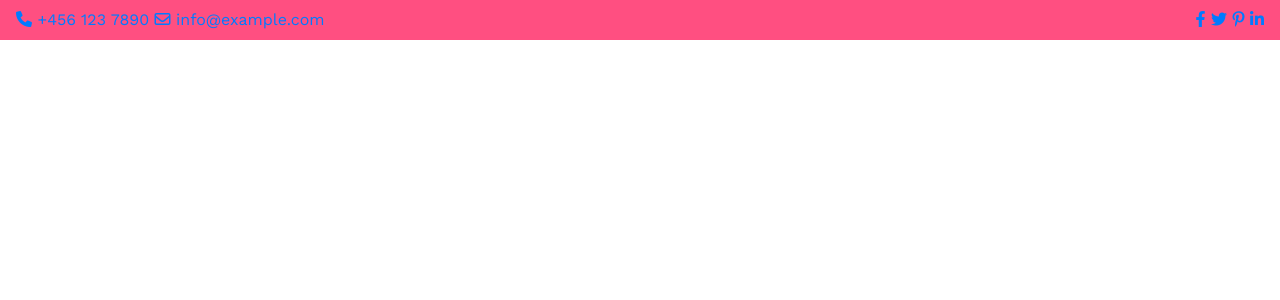
Repository: nguyenbinhminh/instruction_clone
Page: index.html
The author's editor kept a copy of each file at every save. The page is drawn from the files as they stood at one save, then again after the next save.
The browser window is 1280 px wide. The pictures show the whole page.

Above is the page before, as saved 2021-09-29 22:01:02.

After the next save:
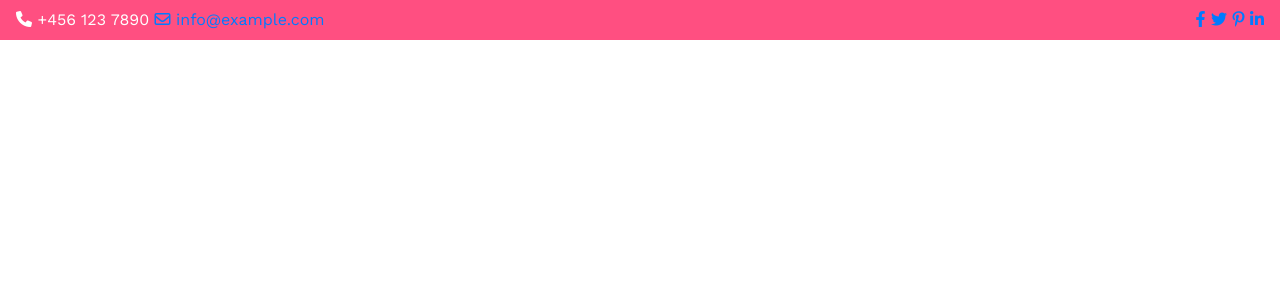
Saved 93 s later.
--- a/index.html
+++ b/index.html
@@ -34,7 +34,7 @@
 		<header>
 			<div class="header__top d-flex justify-content-between container-fluid">
 				<div class="header__left">
-					<a href="tel:+456 123 7890">
+					<a href="tel:+456 123 7890" class="text-white">
 						<i class="fas fa-phone"></i>
 						<span>+456 123 7890</span>
 					</a>
